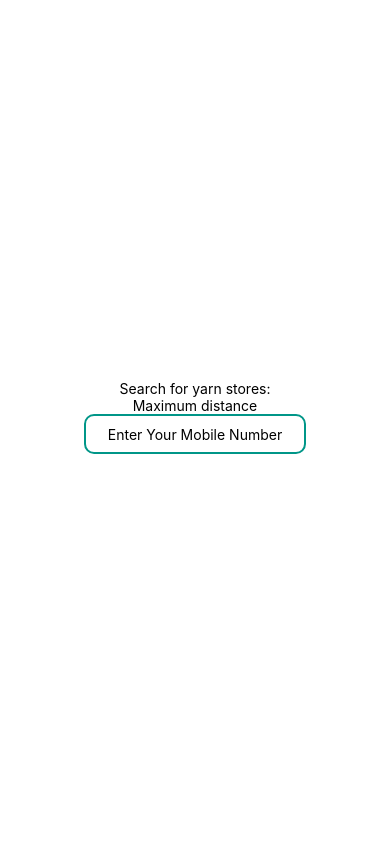
Repository: anuslorah/StashEnhancer
Screen: / (app in StashEnhancer1/)
An editor plug-in stored every save of this project. The screen is shown before and after the next save, followed by the edit.
The app was drawn by React Native's web renderer in a window 390 px wide. The project was rebuilt for these pictures with package versions that can differ from the ones it lists, and the page was loaded fresh each time.

Above is the screen before, as saved 2019-06-27 17:58:20.

After the next save:
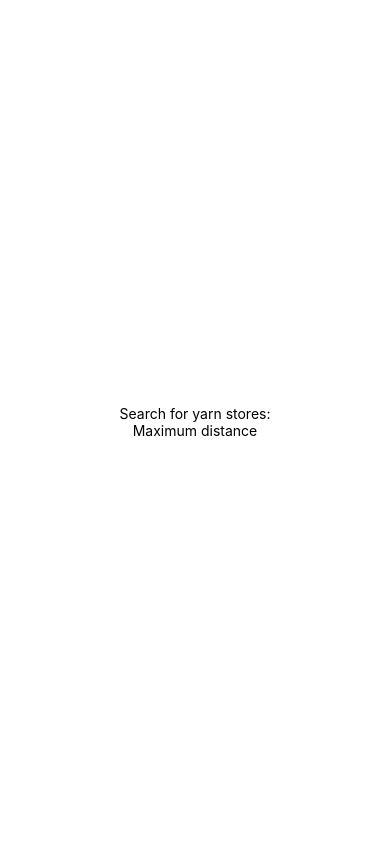
Saved 24 s later.
--- a/StashEnhancer1/App.js
+++ b/StashEnhancer1/App.js
@@ -6,11 +6,11 @@
     <View style={styles.container}>
       <Text>Search for yarn stores:</Text>
       <Text>Maximum distance</Text>
-      <TextInput
+      {/* <TextInput
           placeholder="Enter Your Mobile Number"
           underlineColorAndroid='transparent'
           style={styles.TextInputStyle}
-          keyboardType={'numeric'} />
+          keyboardType={'numeric'} />   */}
     </View>
   );
 }

After the save that followed:
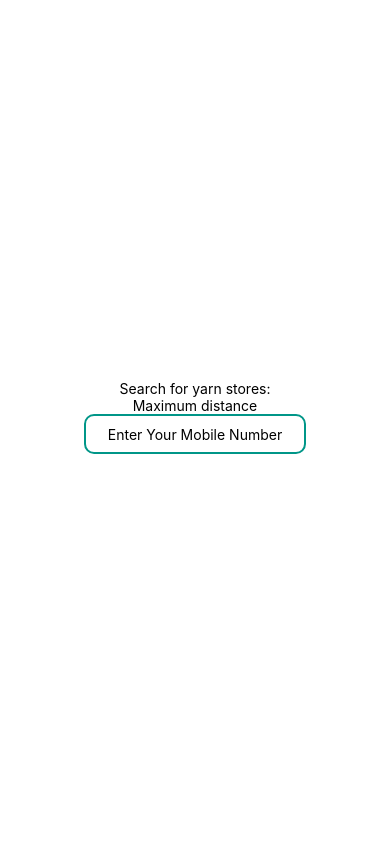
Saved 10 s later.
--- a/StashEnhancer1/App.js
+++ b/StashEnhancer1/App.js
@@ -6,11 +6,11 @@
     <View style={styles.container}>
       <Text>Search for yarn stores:</Text>
       <Text>Maximum distance</Text>
-      {/* <TextInput
+      <TextInput
           placeholder="Enter Your Mobile Number"
           underlineColorAndroid='transparent'
           style={styles.TextInputStyle}
-          keyboardType={'numeric'} />   */}
+          keyboardType={'numeric'} />
     </View>
   );
 }
